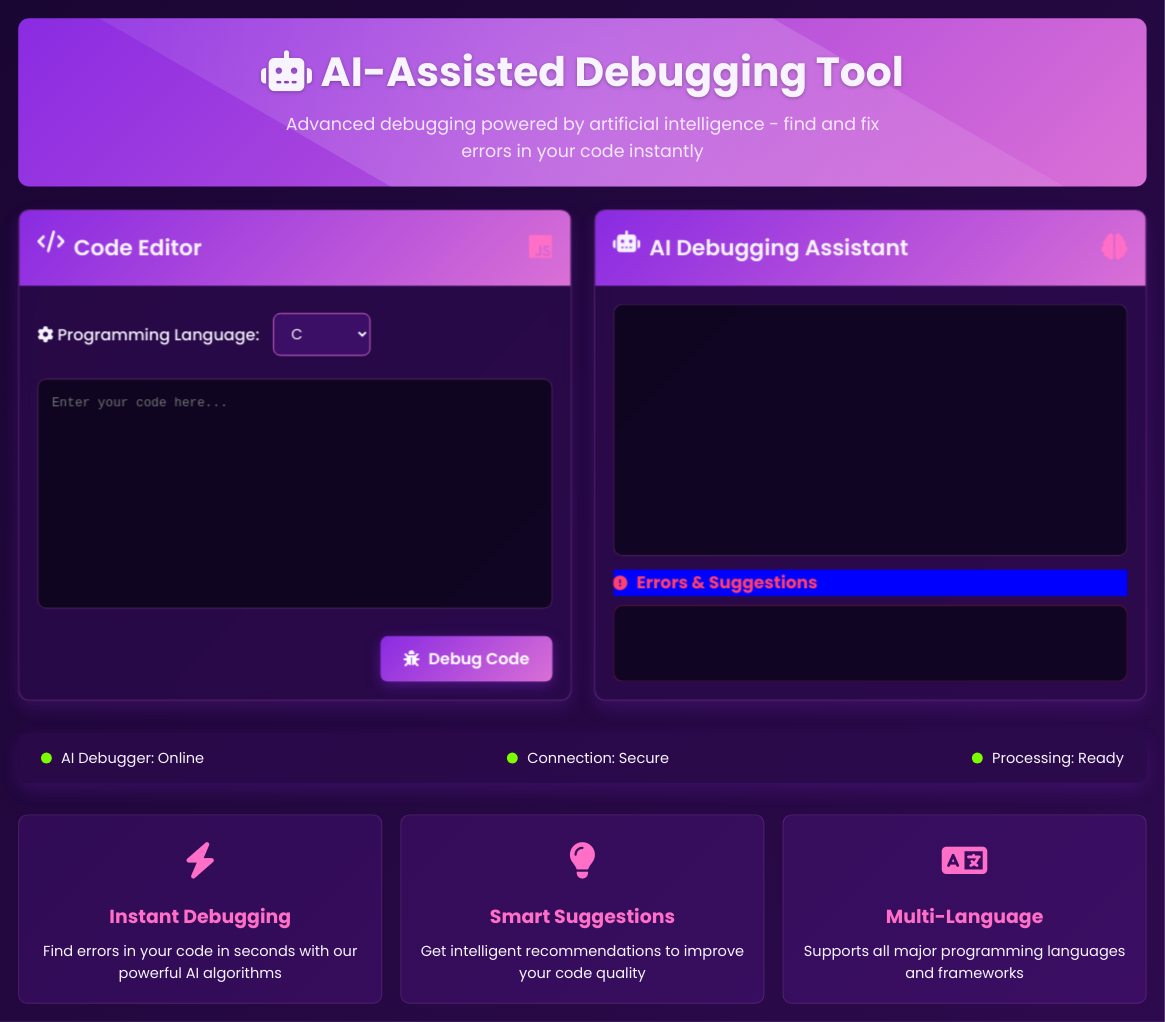
Repository: ujjwalkathait/AI-Asissted_Debugging_tool
Page: Frontend/public/index.html
The author's editor kept a copy of each file at every save. The page is drawn from the files as they stood at one save, then again after the next save.
The browser window is 1280 px wide. The pictures show the whole page, at 91% of full size.

Above is the page before, as saved 2025-07-13 22:47:09.

### Frontend/public/index.html
<!DOCTYPE html>
<html lang="en">
<head>
    <meta charset="UTF-8">
    <meta name="viewport" content="width=device-width, initial-scale=1.0">
    <title>AI-Assisted Debugging Tool</title>
    <link href="https://fonts.googleapis.com/css2?family=Poppins:wght@300;400;500;600;700&display=swap" rel="stylesheet">
    <link rel="stylesheet" href="https://cdnjs.cloudflare.com/ajax/libs/font-awesome/6.4.0/css/all.min.css">
    <link rel="stylesheet" href="style.css">
</head>
<body>
    <div class="container">
        <header>
            <h1><i class="fas fa-robot"></i> AI-Assisted Debugging Tool</h1>
            <p>Advanced debugging powered by artificial intelligence - find and fix errors in your code instantly</p>
        </header>

        <div class="main-content">
            <div class="panel">
                <div class="panel-header">
                    <div class="panel-title">
                        <i class="fas fa-code floating"></i>
                        <span>Code Editor</span>
                    </div>
                    <div class="language-icon">
                        <i class="fab fa-js"></i>
                    </div>
                </div>
                <div class="panel-body">
                    <div class="editor-container">
                        <div class="language-selector">
                            <label for="language-select"><i class="fas fa-cog"></i> Programming Language:</label>
                            <select id="language-select">
                                <option>C</option>
                                <option>C++</option>
                                <option>Python</option>
                                <option>Java</option>
                            </select>
                        </div>
                        <textarea class="code-editor" id="code-input" placeholder="Enter your code here..."></textarea>
                        <button class="debug-btn" id="debug-button">
                            <i class="fas fa-bug"></i> Debug Code
                        </button>
                    </div>
                </div>
            </div>

            <div class="panel">
                <div class="panel-header">
                    <div class="panel-title">
                        <i class="fas fa-robot floating"></i>
                        <span>AI Debugging Assistant</span>
                    </div>
                    <div class="language-icon">
                        <i class="fas fa-brain"></i>
                    </div>
                </div>
                <div class="panel-body">
                    <div class="output-container">
                        <div class="ai-output" id="debug-output">
</div>

                        <div class="error-container">
                            <div class="error-header">
                                <i class="fas fa-exclamation-circle"></i>
                                <h3>Errors & Suggestions</h3>
                            </div>
                            <div class="error-box" id="error-output"></div>
                        </div>
                    </div>
                </div>
            </div>
        </div>

        <div class="status-bar">
            <div class="status-item">
                <div class="status-indicator"></div>
                <span>AI Debugger: Online</span>
            </div>
            <div class="status-item">
                <div class="status-indicator"></div>
                <span>Connection: Secure</span>
            </div>
            <div class="status-item">
                <div class="status-indicator"></div>
                <span>Processing: Ready</span>
            </div>
        </div>

        <div class="feature-grid">
            <div class="feature-card">
                <div class="feature-icon">
                    <i class="fas fa-bolt"></i>
                </div>
                <h3>Instant Debugging</h3>
                <p>Find errors in your code in seconds with our powerful AI algorithms</p>
            </div>
            <div class="feature-card">
                <div class="feature-icon">
                    <i class="fas fa-lightbulb"></i>
                </div>
                <h3>Smart Suggestions</h3>
                <p>Get intelligent recommendations to improve your code quality</p>
            </div>
            <div class="feature-card">
                <div class="feature-icon">
                    <i class="fas fa-language"></i>
                </div>
                <h3>Multi-Language</h3>
                <p>Supports all major programming languages and frameworks</p>
            </div>
        </div>
    </div>

    <script src="script.js"></script>
</body>
</html>

### Frontend/public/style.css
:root {
    --primary: #8A2BE2;
    --secondary: #DA70D6;
    --accent: #FF6EC7;
    --dark: #2D0A4D;
    --light: #F8F4FF;
    --text: #4A2A7C;
    --success: #7CFC00;
    --error: #FF416C;
    --border-radius: 12px;
    --transition: all 0.3s ease;
    --box-shadow: 0 8px 20px rgba(138, 43, 226, 0.2);
    --gradient: linear-gradient(135deg, var(--primary), var(--secondary));
}

* {
    margin: 0;
    padding: 0;
    box-sizing: border-box;
    font-family: 'Poppins', sans-serif;
}

body {
    background: linear-gradient(135deg, #1a0633, #2d0a4d);
    color: var(--light);
    min-height: 100vh;
    padding: 20px;
    display: flex;
    justify-content: center;
    align-items: center;
}

.container {
    width: 100%;
    max-width: 1600px;
    display: flex;
    flex-direction: column;
    gap: 25px;
}

header {
    text-align: center;
    padding: 25px;
    background: var(--gradient);
    border-radius: var(--border-radius);
    box-shadow: var(--box-shadow);
    animation: pulse 3s infinite;
    position: relative;
    overflow: hidden;
}

header::before {
    content: "";
    position: absolute;
    top: -50%;
    left: -50%;
    width: 200%;
    height: 200%;
    background: radial-gradient(circle, rgba(255,255,255,0.2) 0%, rgba(255,255,255,0) 70%);
    transform: rotate(30deg);
}

header h1 {
    font-size: 2.8rem;
    font-weight: 700;
    margin-bottom: 10px;
    text-shadow: 0 2px 4px rgba(0,0,0,0.3);
    position: relative;
}

header p {
    font-size: 1.2rem;
    opacity: 0.9;
    max-width: 700px;
    margin: 0 auto;
    position: relative;
}

.main-content {
    display: flex;
    gap: 25px;
    height: 75vh;
}

.panel {
    background: rgba(45, 10, 77, 0.7);
    backdrop-filter: blur(10px);
    border-radius: var(--border-radius);
    box-shadow: var(--box-shadow);
    overflow: hidden;
    display: flex;
    flex-direction: column;
    border: 1px solid rgba(218, 112, 214, 0.3);
    flex: 1;
}

.panel-header {
    padding: 20px;
    background: var(--gradient);
    display: flex;
    justify-content: space-between;
    align-items: center;
}

.panel-title {
    font-size: 1.5rem;
    font-weight: 600;
    display: flex;
    align-items: center;
    gap: 10px;
}

.panel-body {
    padding: 20px;
    flex: 1;
    display: flex;
    flex-direction: column;
    overflow: hidden;
}

.editor-container {
    flex: 1;
    display: flex;
    flex-direction: column;
    gap: 15px;
}

.language-selector {
    display: flex;
    align-items: center;
    gap: 15px;
    padding: 10px 0;
}

.language-selector label {
    font-size: 1.1rem;
    font-weight: 500;
}

select {
    padding: 10px 15px;
    background: rgba(138, 43, 226, 0.2);
    border: 1px solid var(--secondary);
    border-radius: 8px;
    color: white;
    font-size: 1rem;
    cursor: pointer;
    transition: var(--transition);
    outline: none;
}

select:focus {
    box-shadow: 0 0 0 3px rgba(218, 112, 214, 0.4);
}

.code-editor {
    flex: 1;
    background: rgba(10, 5, 25, 0.8);
    border-radius: 10px;
    border: 1px solid rgba(218, 112, 214, 0.3);
    padding: 15px;
    font-family: 'Courier New', monospace;
    font-size: 14px;
    color: #E6D4FF;
    line-height: 1.5;
    resize: none;
    transition: var(--transition);
}

.code-editor:focus {
    border-color: var(--accent);
    box-shadow: 0 0 0 3px rgba(255, 110, 199, 0.2);
}

.debug-btn {
    padding: 12px 25px;
    background: var(--gradient);
    color: white;
    border: none;
    border-radius: 8px;
    font-size: 1.1rem;
    font-weight: 600;
    cursor: pointer;
    transition: var(--transition);
    display: flex;
    align-items: center;
    justify-content: center;
    gap: 10px;
    margin-top: 15px;
    align-self: flex-end;
    box-shadow: 0 4px 15px rgba(138, 43, 226, 0.4);
}

.debug-btn:hover {
    transform: translateY(-3px);
    box-shadow: 0 6px 20px rgba(138, 43, 226, 0.6);
}

.debug-btn:active {
    transform: translateY(1px);
}

.output-container {
    flex: 1;
    display: flex;
    flex-direction: column;
    gap: 15px;
    overflow: hidden;
}

.ai-output {
    flex: 1;
    background: rgba(10, 5, 25, 0.8);
    border-radius: 10px;
    border: 1px solid rgba(218, 112, 214, 0.3);
    padding: 15px;
    font-family: 'Courier New', monospace;
    font-size: 14px;
    color: #E6D4FF;
    line-height: 1.5;
    overflow-y: auto;
}

.error-container {
    flex: 0.5;
    display: flex;
    flex-direction: column;
    gap: 10px;
}

.error-header {
    display: flex;
    align-items: center;
    background-color: blue;
    gap: 10px;
    color: var(--error);
}

.error-box {
    flex: 1;
    background: rgba(10, 5, 25, 0.8);
    border-radius: 10px;
    border: 1px solid rgba(255, 65, 108, 0.3);
    padding: 15px;
    font-family: 'Courier New', monospace;
    font-size: 14px;
    color: #FFA8BA;
    line-height: 1.5;
    overflow-y: auto;
}

.status-bar {
    display: flex;
    justify-content: space-between;
    padding: 15px 25px;
    background: rgba(45, 10, 77, 0.7);
    border-radius: var(--border-radius);
    box-shadow: var(--box-shadow);
    margin-top: 10px;
}

.status-item {
    display: flex;
    align-items: center;
    gap: 10px;
}

.status-indicator {
    width: 12px;
    height: 12px;
    border-radius: 50%;
    background: var(--success);
}

.status-indicator.error {
    background: var(--error);
}

.language-icon {
    font-size: 1.8rem;
    color: var(--accent);
}

.feature-grid {
    display: grid;
    grid-template-columns: repeat(3, 1fr);
    gap: 20px;
    margin-top: 10px;
}

.feature-card {
    background: rgba(138, 43, 226, 0.15);
    border-radius: 10px;
    padding: 20px;
    text-align: center;
    transition: var(--transition);
    border: 1px solid rgba(218, 112, 214, 0.2);
}

.feature-card:hover {
    transform: translateY(-5px);
    background: rgba(138, 43, 226, 0.25);
    box-shadow: 0 8px 20px rgba(138, 43, 226, 0.3);
}

.feature-icon {
    font-size: 2.5rem;
    color: var(--accent);
    margin-bottom: 15px;
}

.feature-card h3 {
    font-size: 1.3rem;
    margin-bottom: 10px;
    color: var(--accent);
}

/* Animations */
@keyframes pulse {
    0% { box-shadow: 0 0 0 0 rgba(138, 43, 226, 0.6); }
    70% { box-shadow: 0 0 0 15px rgba(138, 43, 226, 0); }
    100% { box-shadow: 0 0 0 0 rgba(138, 43, 226, 0); }
}

@keyframes float {
    0% { transform: translateY(0px); }
    50% { transform: translateY(-10px); }
    100% { transform: translateY(0px); }
}

.floating {
    animation: float 3s ease-in-out infinite;
}

/* Scrollbar styling */
::-webkit-scrollbar {
    width: 8px;
}

::-webkit-scrollbar-track {
    background: rgba(45, 10, 77, 0.3);
    border-radius: 4px;
}

::-webkit-scrollbar-thumb {
    background: var(--secondary);
    border-radius: 4px;
}

::-webkit-scrollbar-thumb:hover {
    background: var(--accent);
}

/* Responsive design */
@media (max-width: 1200px) {
    .main-content {
        flex-direction: column;
        height: auto;
    }

    .feature-grid {
        grid-template-columns: repeat(2, 1fr);
    }
}

@media (max-width: 768px) {
    .feature-grid {
        grid-template-columns: 1fr;
    }

    header h1 {
        font-size: 2.2rem;
    }

    .panel-header {
        padding: 15px;
    }
}

### Frontend/public/script.js
// document.addEventListener('DOMContentLoaded', function () {
//     const debugBtn = document.getElementById('debug-button');
//     const codeInput = document.getElementById('code-input');
//     const debugOutput = document.getElementById('debug-output');
//     const errorOutput = document.getElementById('error-output');
//     const languageSelect = document.getElementById('language-select');
//     const languageIcon = document.querySelector('.language-icon i');

//     // Language icons mapping
//     const languageIcons = {
//         'JavaScript': 'fab fa-js',
//         'Python': 'fab fa-python',
//         'Java': 'fab fa-java',
//         'C++': 'fas fa-c++',
//         'C': 'fas fa-c',
//         'TypeScript': 'fas fa-code',
//         'PHP': 'fab fa-php',
//         'Ruby': 'fas fa-gem'
//     };

//     // Update language icon when selection changes
//     languageSelect.addEventListener('change', function () {
//         const lang = this.value;
//         languageIcon.className = languageIcons[lang] || 'fas fa-code';
//     });

//     // Debug button functionality
//     debugBtn.addEventListener('click', async function () {
//         const code = codeInput.value.trim();
//         const language = languageSelect.value;

//         if (!code) {
//             errorOutput.innerHTML = `<pre style="color:orange;">⚠️ Please enter some code before debugging.</pre>`;
//             return;
//         }

//         // UI feedback
//         debugBtn.innerHTML = '<i class="fas fa-spinner fa-spin"></i> Debugging...';
//         debugBtn.disabled = true;
//         debugOutput.textContent = '';
//         errorOutput.innerHTML = '';

//         try {
//             const response = await fetch("http://localhost:3000/debug", {
//                 method: "POST",
//                 headers: {
//                     "Content-Type": "application/json"
//                 },
//                 body: JSON.stringify({ code, language })
//             });

//             if (!response.ok) {
//                 throw new Error("Server error while debugging.");
//             }

//             const result = await response.json();

//             // Show corrected code
//             // debugOutput.textContent = result.fixedCode || "// No corrections found.";
//             debugOutput.innerHTML = `<pre>${result.fixedCode || "// No corrections found."}</pre>`;


//             // Show errors or success
//             if (result.errors) {
//                 errorOutput.innerHTML = `<pre style="color:red;">${result.errors}</pre>`;
//             } else {
//                 errorOutput.innerHTML = `<pre style="color:lightgreen;">✅ No syntax errors detected.</pre>`;
//             }

//         } catch (err) {
//             errorOutput.innerHTML = `<pre style="color:red;">⚠️ Error: ${err.message}</pre>`;
//         } finally {
//             // Reset button state
//             debugBtn.innerHTML = '<i class="fas fa-bug"></i> Debug Code';
//             debugBtn.disabled = false;
//             debugBtn.style.background = 'linear-gradient(135deg, #00c853, #7cfc00)';
//             setTimeout(() => {
//                 debugBtn.style.background = 'var(--gradient)';
//             }, 2000);
//         }
//     });

//     // Add example code on first click (optional)
//     codeInput.addEventListener('click', function () {
//         if (this.value === '') {
//             this.value = '';
//         }
//     });
// });

document.addEventListener('DOMContentLoaded', function () {
    const debugBtn = document.getElementById('debug-button');
    const codeInput = document.getElementById('code-input');
    const debugOutput = document.getElementById('debug-output');
    const errorOutput = document.getElementById('error-output');
    const languageSelect = document.getElementById('language-select');
    const languageIcon = document.querySelector('.language-icon i');

    const languageIcons = {
        'JavaScript': 'fab fa-js',
        'Python': 'fab fa-python',
        'Java': 'fab fa-java',
        'C++': 'fas fa-c++',
        'C': 'fas fa-c',
        'TypeScript': 'fas fa-code',
        'PHP': 'fab fa-php',
        'Ruby': 'fas fa-gem'
    };

    languageSelect.addEventListener('change', function () {
        const lang = this.value;
        languageIcon.className = languageIcons[lang] || 'fas fa-code';
    });

    debugBtn.addEventListener('click', async function () {
        const code = codeInput.value.trim();
        const language = languageSelect.value;

        if (!code) {
            errorOutput.innerHTML = `<pre style="color:orange;">⚠️ Please enter some code before debugging.</pre>`;
            return;
        }

        debugBtn.innerHTML = '<i class="fas fa-spinner fa-spin"></i> Debugging...';
        debugBtn.disabled = true;
        debugOutput.textContent = '';
        errorOutput.innerHTML = '';

        try {
            const response = await fetch("http://localhost:3000/debug", {
                method: "POST",
                headers: {
                    "Content-Type": "application/json"
                },
                body: JSON.stringify({ code, language })
            });

            if (!response.ok) {
                throw new Error("Server error while debugging.");
            }

            const result = await response.json();

            debugOutput.innerHTML = `<pre>${result.fixedCode || "// No corrections found."}</pre>`;

            if (result.errors) {
                errorOutput.innerHTML = `<pre style="color:red;">${result.errors}</pre>`;
            } else {
                errorOutput.innerHTML = `<pre style="color:lightgreen;">✅ No syntax errors detected.</pre>`;
            }

            if (result.explanation) {
                errorOutput.innerHTML += `<br><pre style="color:deepskyblue;">💡 Gemini says: ${result.explanation}</pre>`;
            }

        } catch (err) {
            errorOutput.innerHTML = `<pre style="color:red;">⚠️ Error: ${err.message}</pre>`;
        } finally {
            debugBtn.innerHTML = '<i class="fas fa-bug"></i> Debug Code';
            debugBtn.disabled = false;
            debugBtn.style.background = 'linear-gradient(135deg, #00c853, #7cfc00)';
            setTimeout(() => {
                debugBtn.style.background = 'var(--gradient)';
            }, 2000);
        }
    });

    codeInput.addEventListener('click', function () {
        if (this.value === '') {
            this.value = '';
        }
    });
});

After the next save:
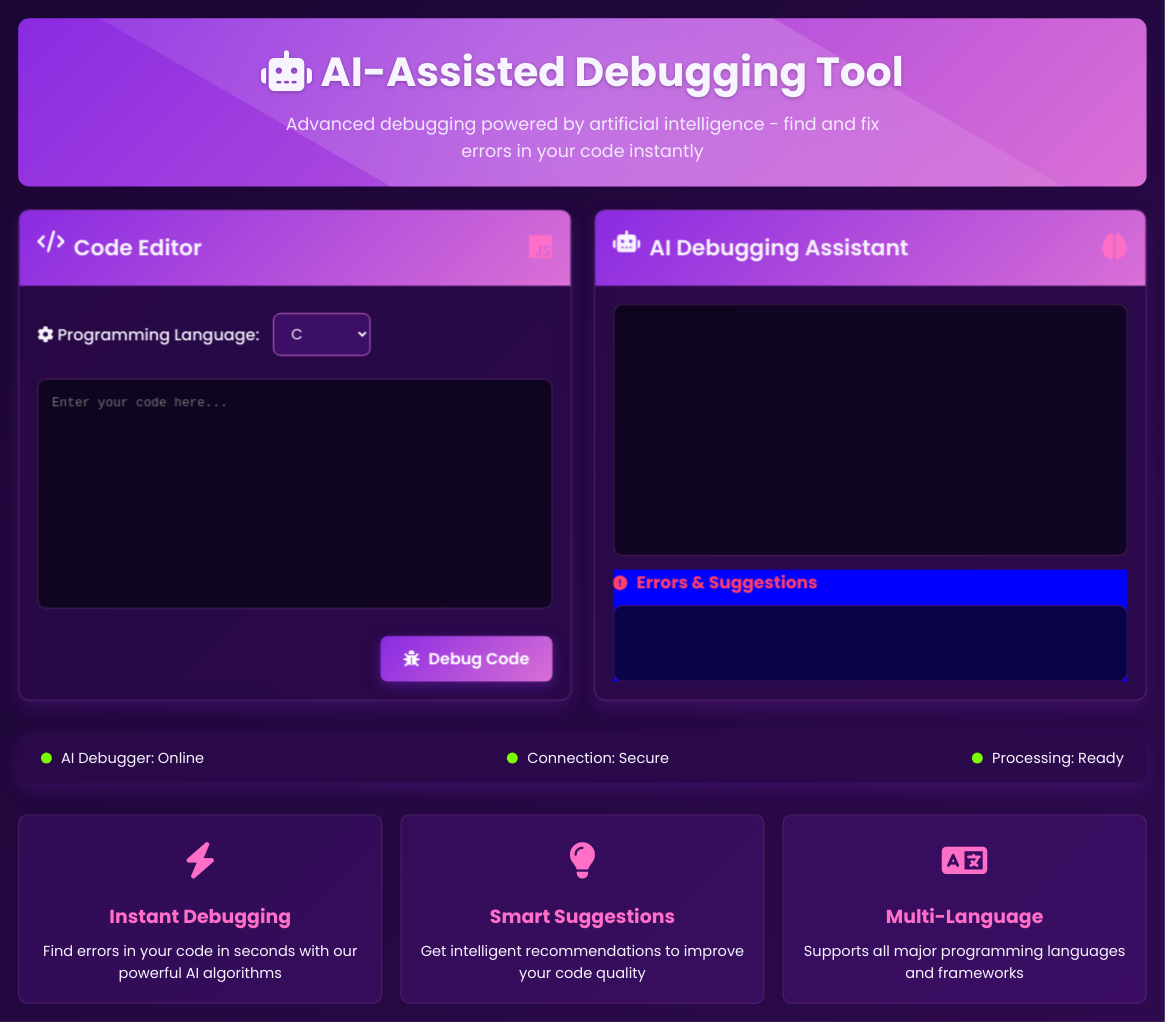
Saved 22 s later.
--- a/Frontend/public/style.css
+++ b/Frontend/public/style.css
@@ -223,6 +223,7 @@ select:focus {
 
 .error-container {
     flex: 0.5;
+    background-color: blue;
     display: flex;
     flex-direction: column;
     gap: 10px;
@@ -231,7 +232,6 @@ select:focus {
 .error-header {
     display: flex;
     align-items: center;
-    background-color: blue;
     gap: 10px;
     color: var(--error);
 }
